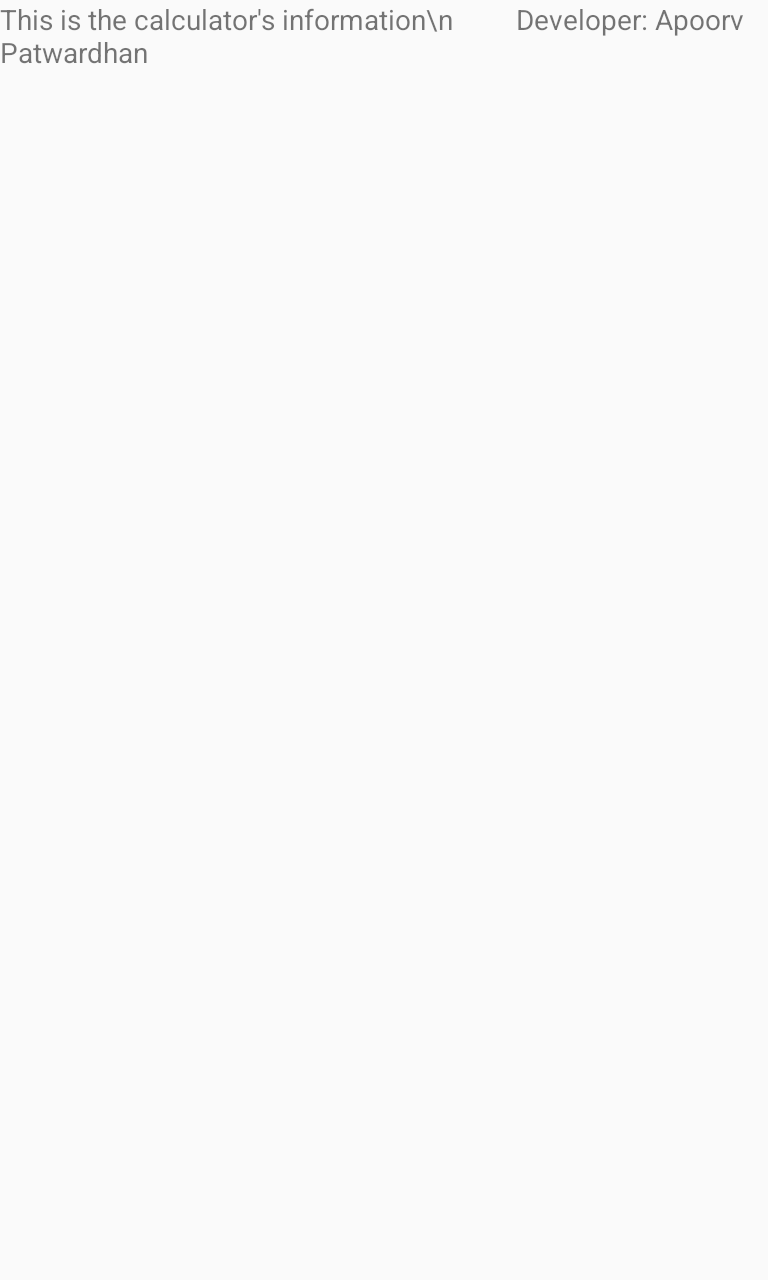
Repository: apoorvelec/AndroidApps
Layout: Calculator1pt1/res/layout/activity_calculator_info.xml
An editor plug-in stored every save of this project. The layout is shown before and after the next save, followed by the edit.
It is drawn on a 768 x 1280 px phone screen (xhdpi) without system bars, with theme AppTheme; the app's code is not run.

Above is the layout before, as saved 2016-05-25 00:14:58.

### Calculator1pt1/res/layout/activity_calculator_info.xml
<?xml version="1.0" encoding="utf-8"?>
<LinearLayout xmlns:android="http://schemas.android.com/apk/res/android"
    android:layout_width="match_parent"
    android:layout_height="match_parent"
    android:orientation="vertical" >
    <TextView android:id="@+id/calc_info"
        android:layout_width="match_parent"
        android:layout_height="match_parent"
        android:text="This is the calculator's information\n
        Developer: Apoorv Patwardhan" />

</LinearLayout>

Loaded but not shown: Calculator1pt1/res/values/styles.xml (common file); Calculator1pt1/res/values-v11/styles.xml (common file); Calculator1pt1/res/values-v14/styles.xml (common file)

After the next save:
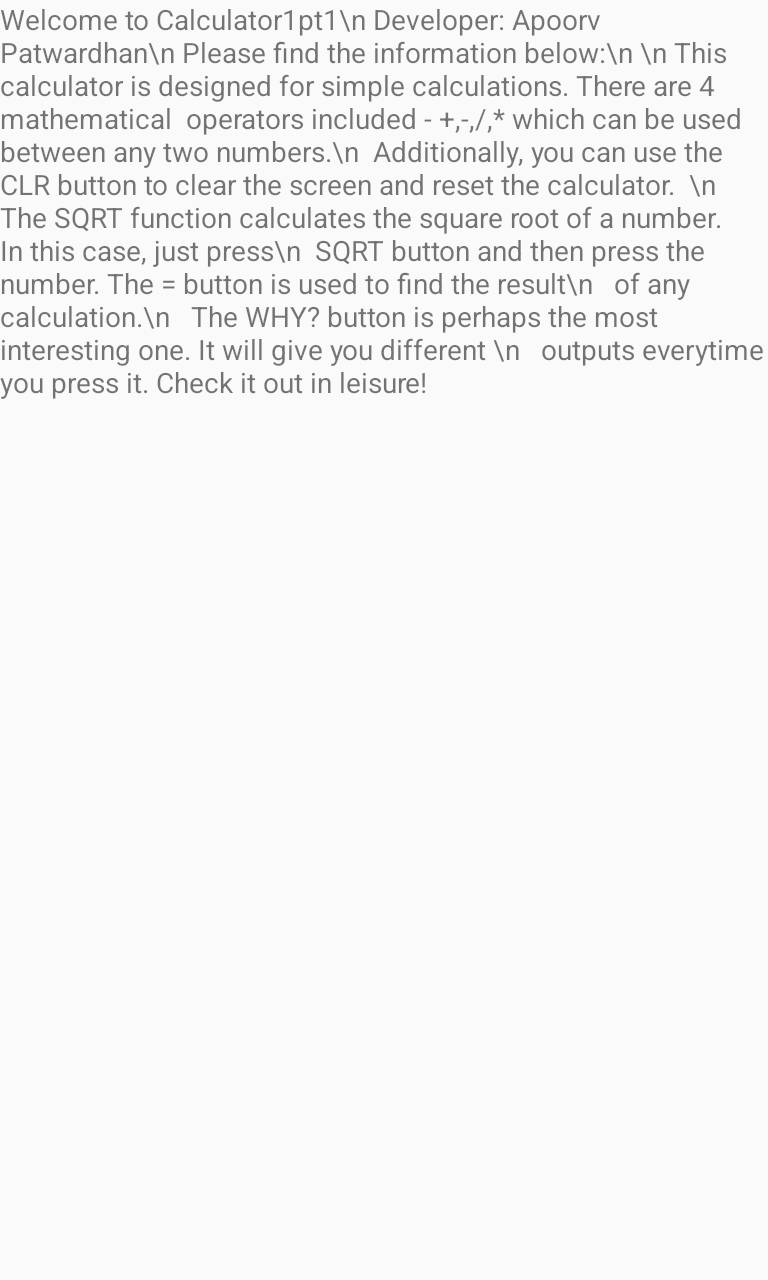
Saved 20 h 49 min later.
--- a/Calculator1pt1/res/layout/activity_calculator_info.xml
+++ b/Calculator1pt1/res/layout/activity_calculator_info.xml
@@ -6,7 +6,15 @@
     <TextView android:id="@+id/calc_info"
         android:layout_width="match_parent"
         android:layout_height="match_parent"
-        android:text="This is the calculator's information\n
-        Developer: Apoorv Patwardhan" />
+        android:text="Welcome to Calculator1pt1\n
+Developer: Apoorv Patwardhan\n Please find the information below:\n
+\n This calculator is designed for simple calculations. There are 4 mathematical
+ operators included - +,-,/,* which can be used between any two numbers.\n
+ Additionally, you can use the CLR button to clear the screen and reset the calculator.
+ \n The SQRT function calculates the square root of a number. In this case, just press\n
+ SQRT button and then press the number. The = button is used to find the result\n
+  of any calculation.\n
+  The WHY? button is perhaps the most interesting one. It will give you different \n
+  outputs everytime you press it. Check it out in leisure!" />
 
 </LinearLayout>
